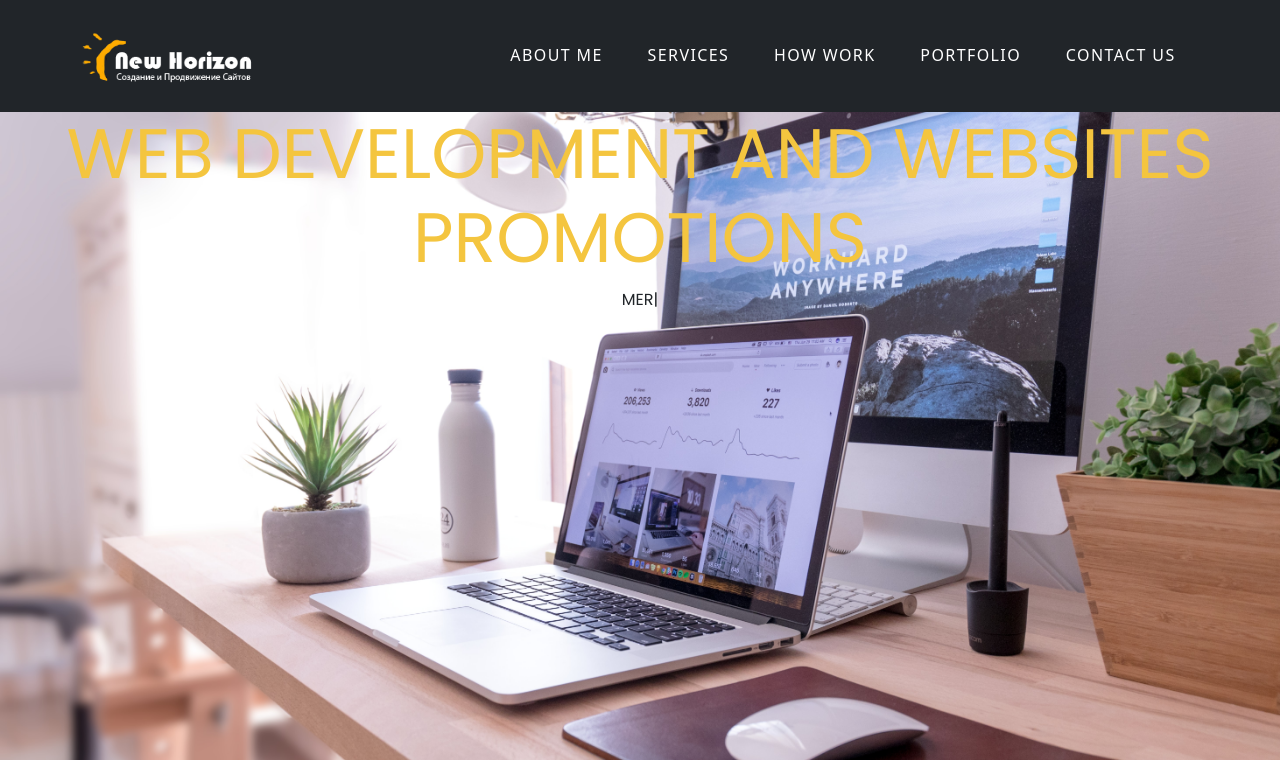
Repository: ahmedibrahimhassan654/React-Bootstrap-5
Page: /
These files come from the project's save history. The page is drawn as it stood at one moment and after the next save; the edit follows.
The browser window is 1280 px wide. The pictures show the whole page.
The project was rebuilt for these pictures with package versions that can differ from the ones it lists, and the page was loaded fresh each time.

Above is the page before, as saved 2021-11-25 06:49:12.

### public/index.html
<!DOCTYPE html>
<html lang="en">
  <head>
    <meta charset="utf-8" />
    <link rel="icon" href="%PUBLIC_URL%/favicon.ico" />
    <meta name="viewport" content="width=device-width, initial-scale=1" />
    <meta name="theme-color" content="#000000" />
    <meta
      name="description"
      content="Web site created using create-react-app"
    />
    <link rel="apple-touch-icon" href="%PUBLIC_URL%/logo192.png" />
    <!--
      manifest.json provides metadata used when your web app is installed on a
      user's mobile device or desktop. See https://developers.google.com/web/fundamentals/web-app-manifest/
    -->
    <link rel="manifest" href="%PUBLIC_URL%/manifest.json" />
    <!--
      Notice the use of %PUBLIC_URL% in the tags above.
      It will be replaced with the URL of the `public` folder during the build.
      Only files inside the `public` folder can be referenced from the HTML.

      Unlike "/favicon.ico" or "favicon.ico", "%PUBLIC_URL%/favicon.ico" will
      work correctly both with client-side routing and a non-root public URL.
      Learn how to configure a non-root public URL by running `npm run build`.
    -->
    <title>React App</title>
  </head>
  <body>
    <noscript>You need to enable JavaScript to run this app.</noscript>
    <div id="root"></div>


 <script src="https://cdn.jsdelivr.net/npm/bootstrap@5.0.2/dist/js/bootstrap.bundle.min.js" integrity="sha384-MrcW6ZMFYlzcLA8Nl+NtUVF0sA7MsXsP1UyJoMp4YLEuNSfAP+JcXn/tWtIaxVXM" crossorigin="anonymous"></script>

  </body>
</html>

### src/App.js
import "./App.css";
import "bootstrap/dist/css/bootstrap.min.css";
import Navbar from "./components/Navbar";
import Header from "./components/Header";
function App() {
  return (
    <>
      <Navbar />
      <Header />
    </>
  );
}

export default App;

### src/App.css
/* Font Imported */
@import url("https://fonts.googleapis.com/css2?family=Poppins:wght@300;400&family=Work+Sans:wght@300&display=swap");

:root {
  --primary-white: #fff;
  --primary-orage: #f4c53f;
  --primary-dark: #212529;
  --primary-green: #44ee17;
}

body {
  font-family: "Poppins", sans-serif;
}
/* Nav Bar */
.logo {
  width: 16.25rem;
}
/* Menu Link */

nav a.nav-link {
  /* font-weight: 900; */
  letter-spacing: 0.0875rem;
  cursor: pointer;
}
nav ul li {
  text-transform: uppercase;
}
.navbar-nav li a {
  color: var(--primary-white) !important;
  margin-right: 0.9rem;
  margin-left: 0.9rem;
  border-bottom: 0.1875rem solid var(--primary-dark);
}
.navbar-brand {
  max-width: 17.25rem;
  padding: 0 !important;
  height: 6rem;
}
.navbar-nav li a.active,
.navbar-nav li a.active:focus {
  border-bottom: 0.1875rem solid var(--primary-orage);
}
.navbar-nav li a:hover {
  border-top: 0.1875rem solid var(--primary-green);
}
/* Header */
.header-wraper {
  position: relative;
  background-image: url("/src/img/cover.jpg");
  background-size: cover;
  background-position: center;
  height: 90vh;
}
.maininfo {
  display: flex;
  flex-direction: column;
  justify-content: center;
  align-items: center;
  text-align: center;

  font-family: "Poppins", sans-serif;
}
.maininfo h1 {
  color: var(--primary-orage);
  text-transform: uppercase;
  font-weight: 1.25rem;
  font-size: 70px;
}

### src/components/Navbar.jsx
import React from "react";
import logo from "../logo.png";

import { FontAwesomeIcon } from "@fortawesome/react-fontawesome";
import { faBars } from "@fortawesome/free-solid-svg-icons";

const Navbar = () => {
  return (
    <>
      <nav className="navbar navbar-expand-lg navbar-light bg-dark">
        <div className="container">
          <a className="navbar-brand" href="#">
            <img className="logo" src={logo} alt=" logo ...." />
          </a>
          <button
            className="navbar-toggler"
            type="button"
            data-bs-toggle="collapse"
            data-bs-target="#navbarSupportedContent"
            aria-controls="navbarSupportedContent"
            aria-expanded="false"
            aria-label="Toggle navigation"
          >
            <FontAwesomeIcon icon={faBars} style={{ color: "orange" }} />
          </button>
          <div className="collapse navbar-collapse" id="navbarSupportedContent">
            <ul className="navbar-nav ms-auto mb-2 mb-lg-0">
              <li className="nav-item">
                <a className="nav-link " aria-current="page" href="#">
                  about me
                </a>
              </li>
              <li className="nav-item">
                <a className="nav-link" href="#">
                  services
                </a>
              </li>
              <li className="nav-item">
                <a className="nav-link" href="#">
                  How work
                </a>
              </li>
              <li className="nav-item">
                <a className="nav-link" href="#">
                  Portfolio
                </a>
              </li>
              <li className="nav-item">
                <a className="nav-link" href="#">
                  Contact Us
                </a>
              </li>
            </ul>
          </div>
        </div>
      </nav>
    </>
  );
};

export default Navbar;

### src/components/Header.jsx
import React from "react";
import Typed from "react-typed";
const Header = () => {
  return (
    <div className="header-wraper">
      <div className="maininfo">
        <h1> web development and websites promotions</h1>
        <Typed
          className="text-typed"
          strings={[
            "Node Js Developer",
            "React Js Developer",
            "MERN Stack Web Developer",
          ]}
          typeSpeed={80}
          loop
        />
      </div>
    </div>
  );
};

export default Header;

Loaded but not shown: src/index.js (common file); src/reportWebVitals.js (common file)

After the next save:
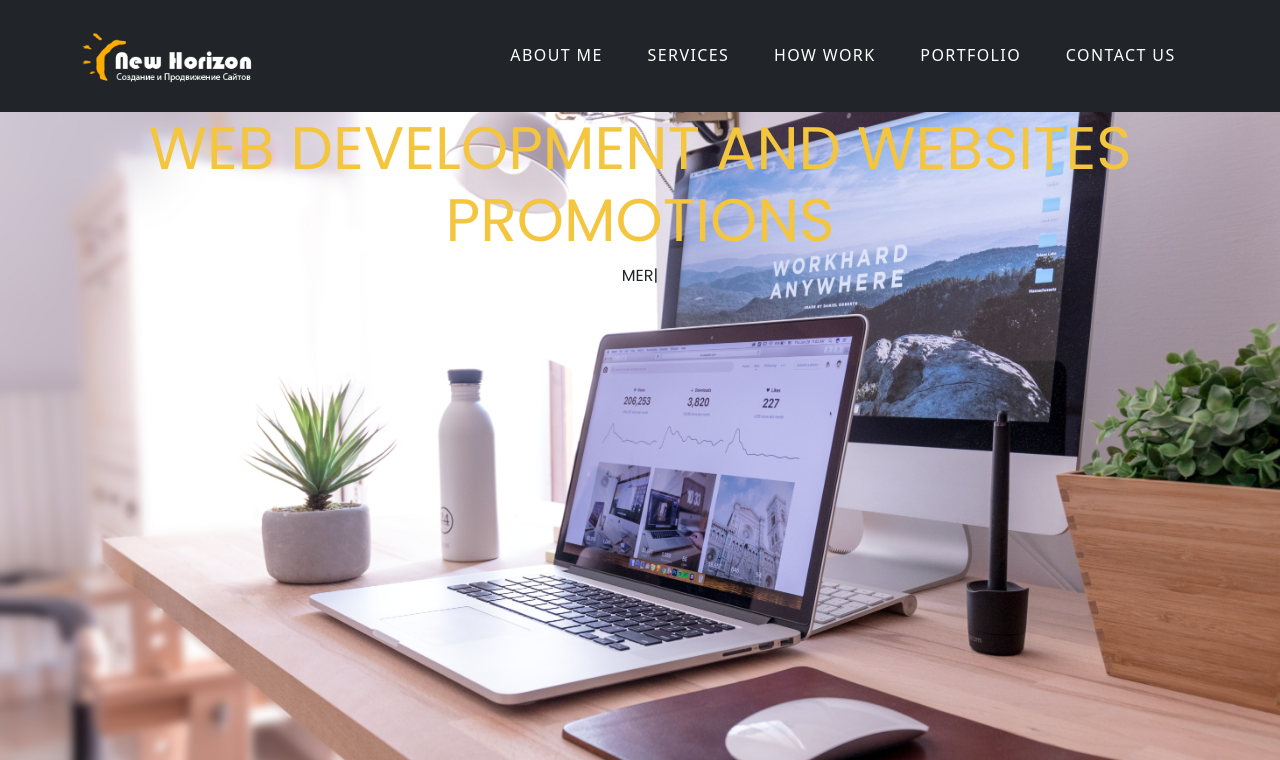
Saved 4 s later.
--- a/src/App.css
+++ b/src/App.css
@@ -64,5 +64,5 @@ nav ul li {
   color: var(--primary-orage);
   text-transform: uppercase;
   font-weight: 1.25rem;
-  font-size: 70px;
+  font-size: 60px;
 }
